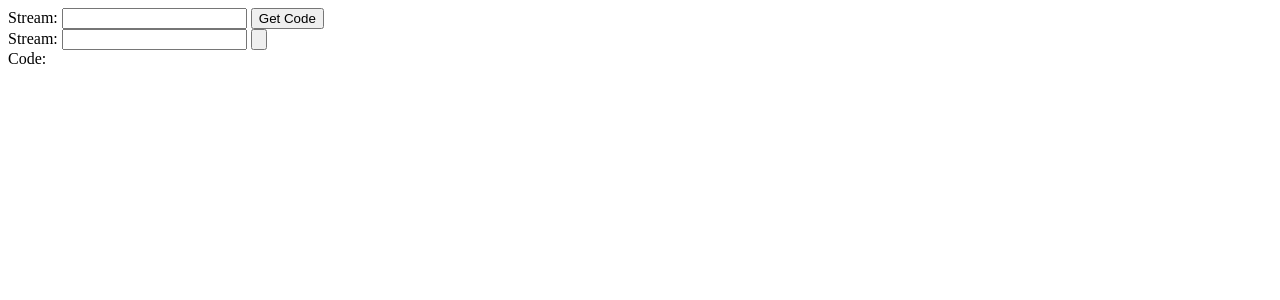
Repository: prashant4nov/CodeApp
Page: webapp/CodeApp/WebContent/index.html
The author's editor kept a copy of each file at every save. The page is drawn from the files as they stood at one save, then again after the next save.
The browser window is 1280 px wide. The pictures show the whole page.
Some web libraries are served in a nearby version.

Above is the page before, as saved 2017-01-13 19:34:41.

### webapp/CodeApp/WebContent/index.html
<!DOCTYPE html>
<html>
<head>
<script src="https://ajax.googleapis.com/ajax/libs/jquery/3.1.1/jquery.min.js"></script>
</head>
<body>

            Stream: <input onkeypress="foo(this.form.stream.value)" name="stream" type="text" id="stream">
            <button onclick="myFunction()">Get Code</button>
            <br>


<form>
Stream: <input onkeypress="foo(this.form.stream.value)" name="stream" type="text">
<input type="button" onclick="foo(this.form.stream.value)"/>
</form>


<span>Code: </span><span id="update"></span>

<script>
function foo(stream) {
    $.ajax({url: "mapping", type: "POST", data: {'data': stream},success: function(result){
        document.getElementById("update").innerHTML = result;
    }});
}
</script>

</body>
</html>



</body>
</html>

After the next save:
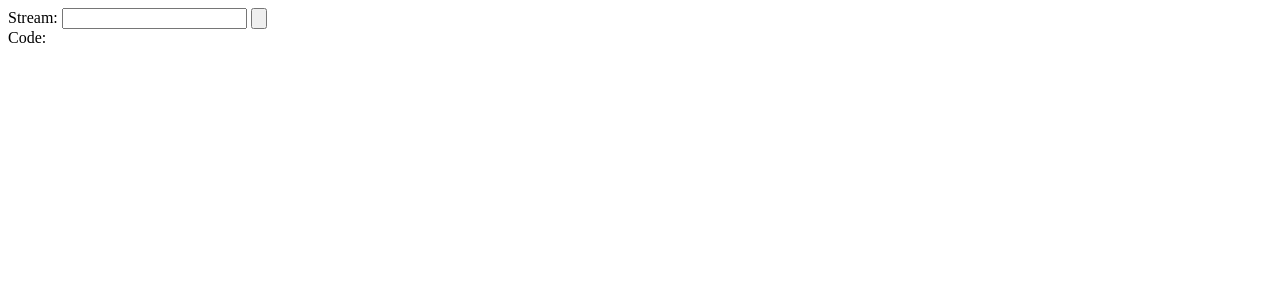
Saved 47 s later.
--- a/webapp/CodeApp/WebContent/index.html
+++ b/webapp/CodeApp/WebContent/index.html
@@ -5,9 +5,6 @@
 </head>
 <body>
 
-            Stream: <input onkeypress="foo(this.form.stream.value)" name="stream" type="text" id="stream">
-            <button onclick="myFunction()">Get Code</button>
-            <br>
 
 
 <form>
